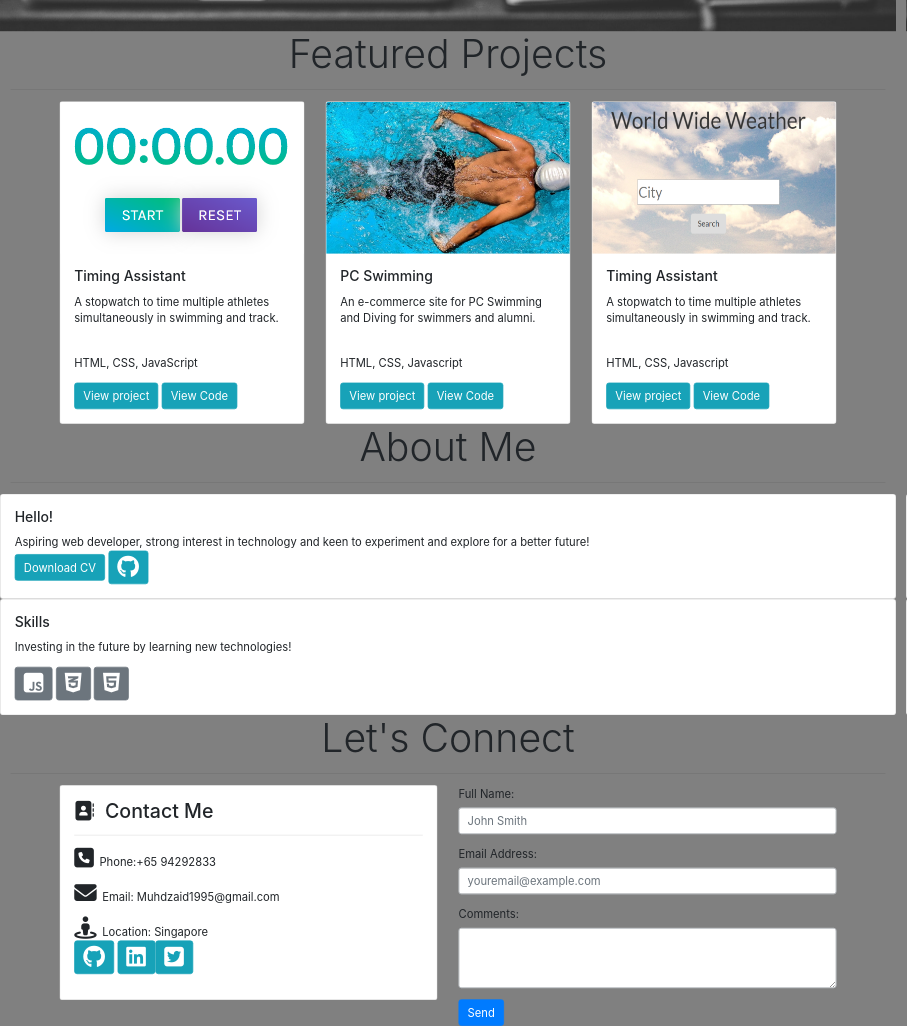
Repository: Code-Institute-Submissions/Zaidcoll-Project1
Page: index.html
The author's editor kept a record of every edit. The page is drawn from the files as they stood at one moment, then again after the next edit.
The browser window is 1280 px wide. The page is 1295 px wide, so the pictures cover 1295 px, including what lies to the right of the window. The pictures show the part of the page from y = 731 to 2611 px (the page is 2197 px tall before and 2611 px after), at 70% of full size.
Some web libraries are served in a nearby version.

Above is the page before.

After the next edit:
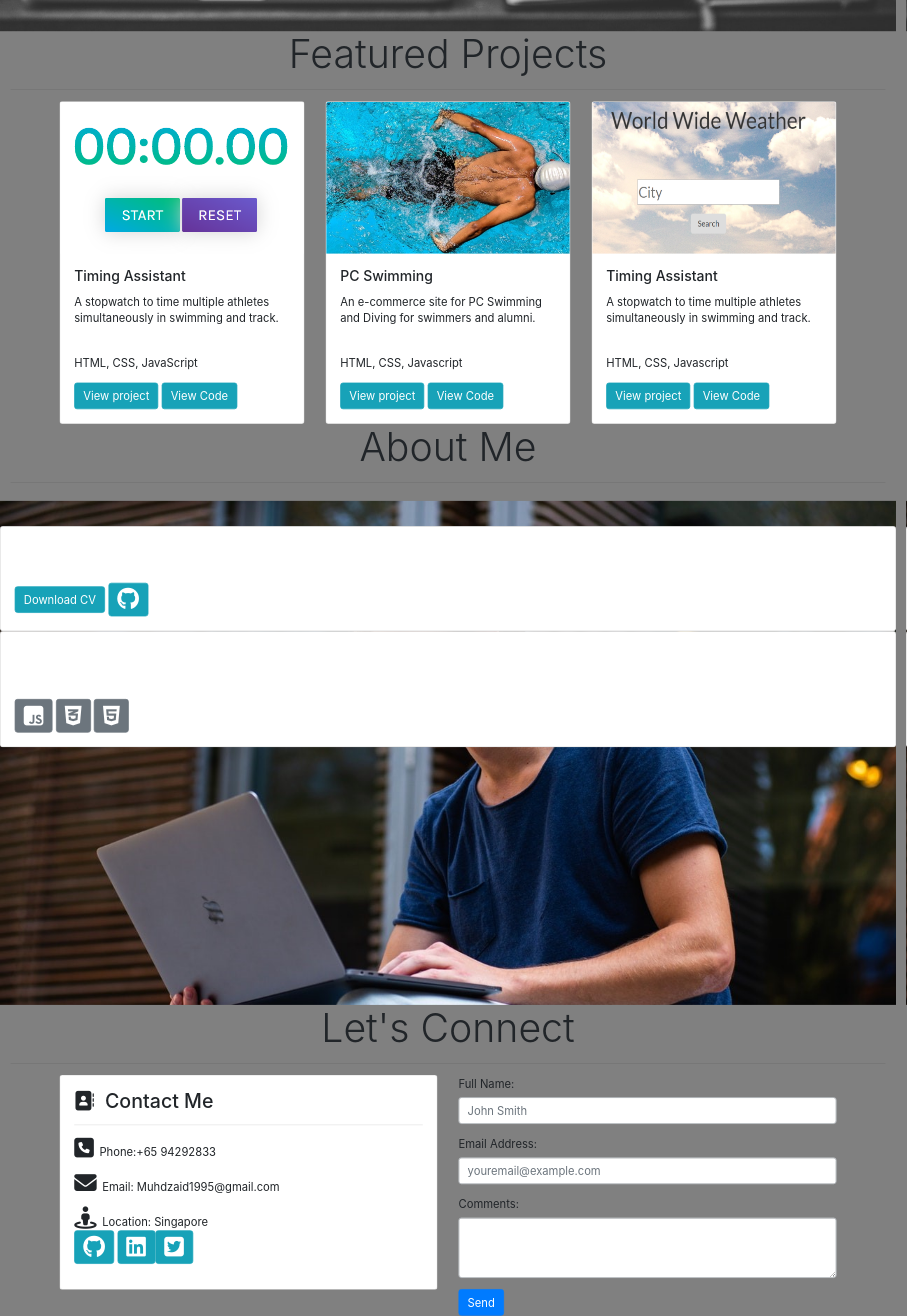
The edit:
--- a/style.css
+++ b/style.css
@@ -19,3 +19,12 @@
   background:white;
   width:420px;
 }
+
+.hero-2{
+  margin-top:10px;
+  color:white;
+  background-image:url(images/about.jpg);
+  height:100vh;
+  background-size:cover;
+  padding-top:5vh;
+}
